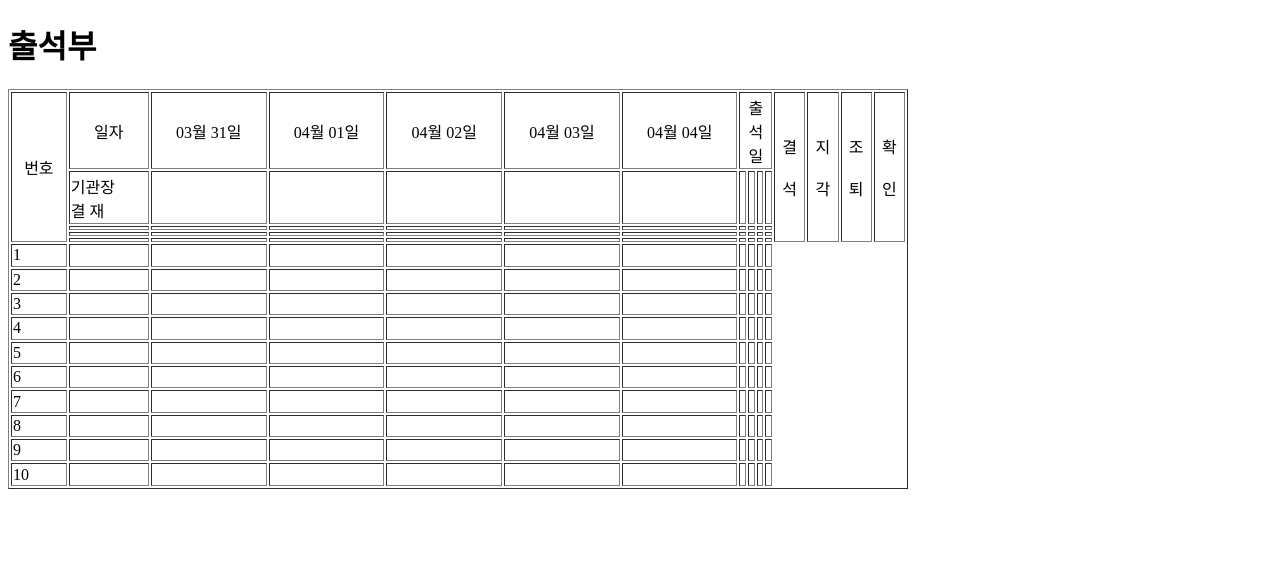
Repository: sungken/htmlProject
Page: ClientTest/src/main/webapp/html/test/table2.html
An editor plug-in stored every save of this project. The page is shown before and after the next save, followed by the edit.
The browser window is 1280 px wide. The pictures show the whole page.

Above is the page before, as saved 2024-03-13 08:55:15.

After the next save:
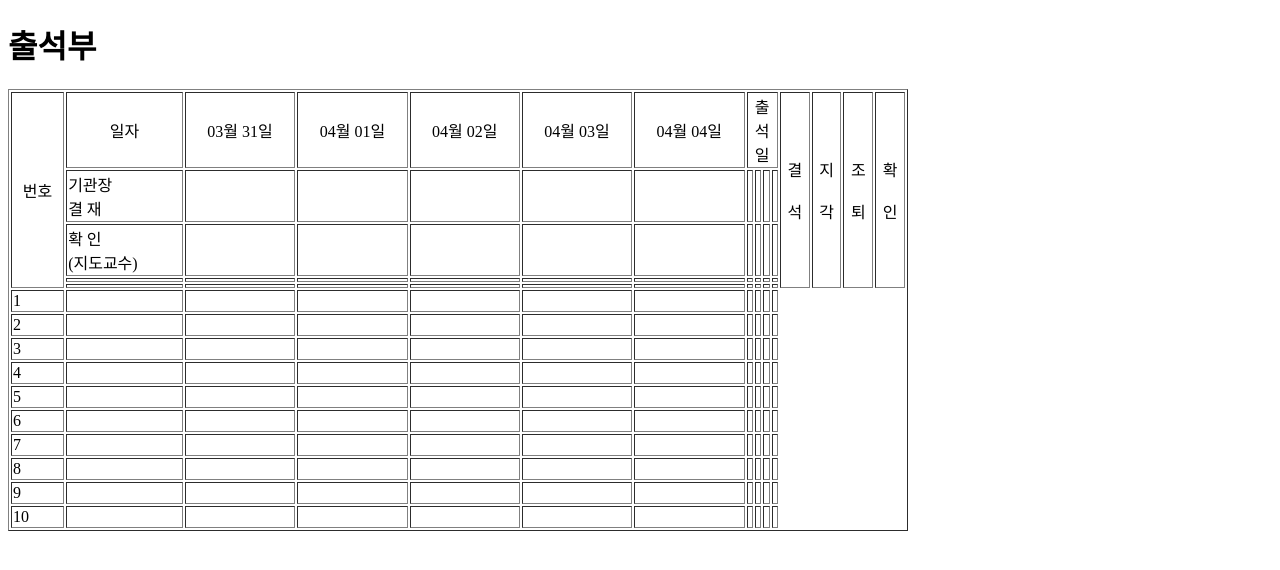
Saved 42 s later.
--- a/ClientTest/src/main/webapp/html/test/table2.html
+++ b/ClientTest/src/main/webapp/html/test/table2.html
@@ -38,7 +38,7 @@
 	</tr>
 		<tr>
 
-		<td></td>
+		<td>확 인<br>(지도교수)</td>
 		<td></td>
 		<td></td>
 		<td></td>
